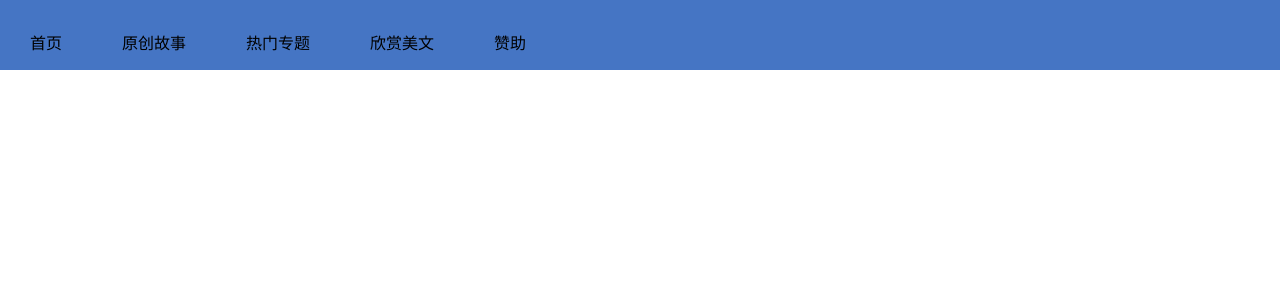
Repository: equation-zheng/Article
Page: http://localhost/Idles/
An editor plug-in stored every save of this project. The page is shown before and after the next save, followed by the edit.
The browser window is 1280 px wide. The pictures show the whole page.
The page is served by Tomcat 9. Other server files are loaded and not shown.

Above is the page before, as saved 2017-12-05 08:37:36.

### Service/apache-tomcat-7.0.82/Idles/WebContent/index.jsp
<?xml version="1.0" encoding="UTF-8" ?>
<%@ page language="java" contentType="text/html; charset=UTF-8"
    pageEncoding="UTF-8"%>
<!DOCTYPE html PUBLIC "-//W3C//DTD XHTML 1.0 Transitional//EN" "http://www.w3.org/TR/xhtml1/DTD/xhtml1-transitional.dtd">
<html xmlns="http://www.w3.org/1999/xhtml">
<head>
<meta http-equiv="Content-Type" content="text/html; charset=UTF-8" />
<title>首页</title>
</head>
<style>
	*{
		margin: 0;
		padding: 0;
	}
	.header{
		height: 70px;
		background: #4575C4;
	}
	.header ul li {
	list-style: none;
		float: left;
		margin: 30px;
	}

</style>
<body>
	<div class="header">
		<ul>
			<li>首页</li>
			<li>原创故事</li>
			<li>热门专题</li>
			<li>欣赏美文</li>
			<li>赞助</li>
		</ul>
	</div>
</body>
</html>

After the next save:
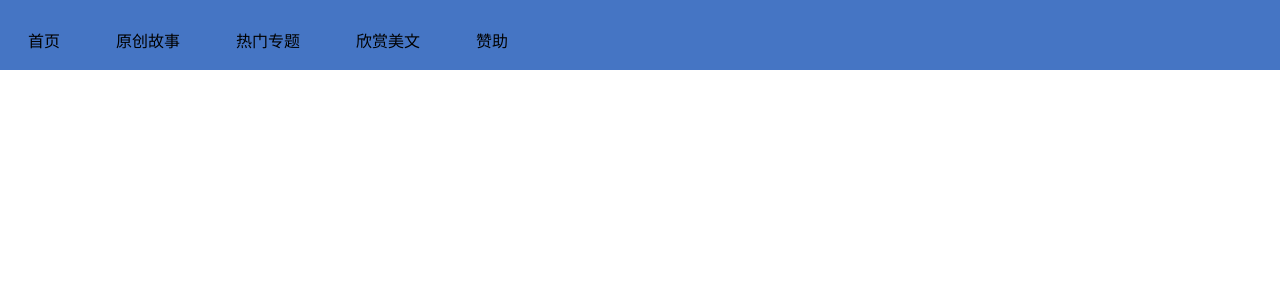
Saved 16 s later.
--- a/Service/apache-tomcat-7.0.82/Idles/WebContent/index.jsp
+++ b/Service/apache-tomcat-7.0.82/Idles/WebContent/index.jsp
@@ -19,7 +19,7 @@
 	.header ul li {
 	list-style: none;
 		float: left;
-		margin: 30px;
+		margin: 28px;
 	}
 
 </style>
